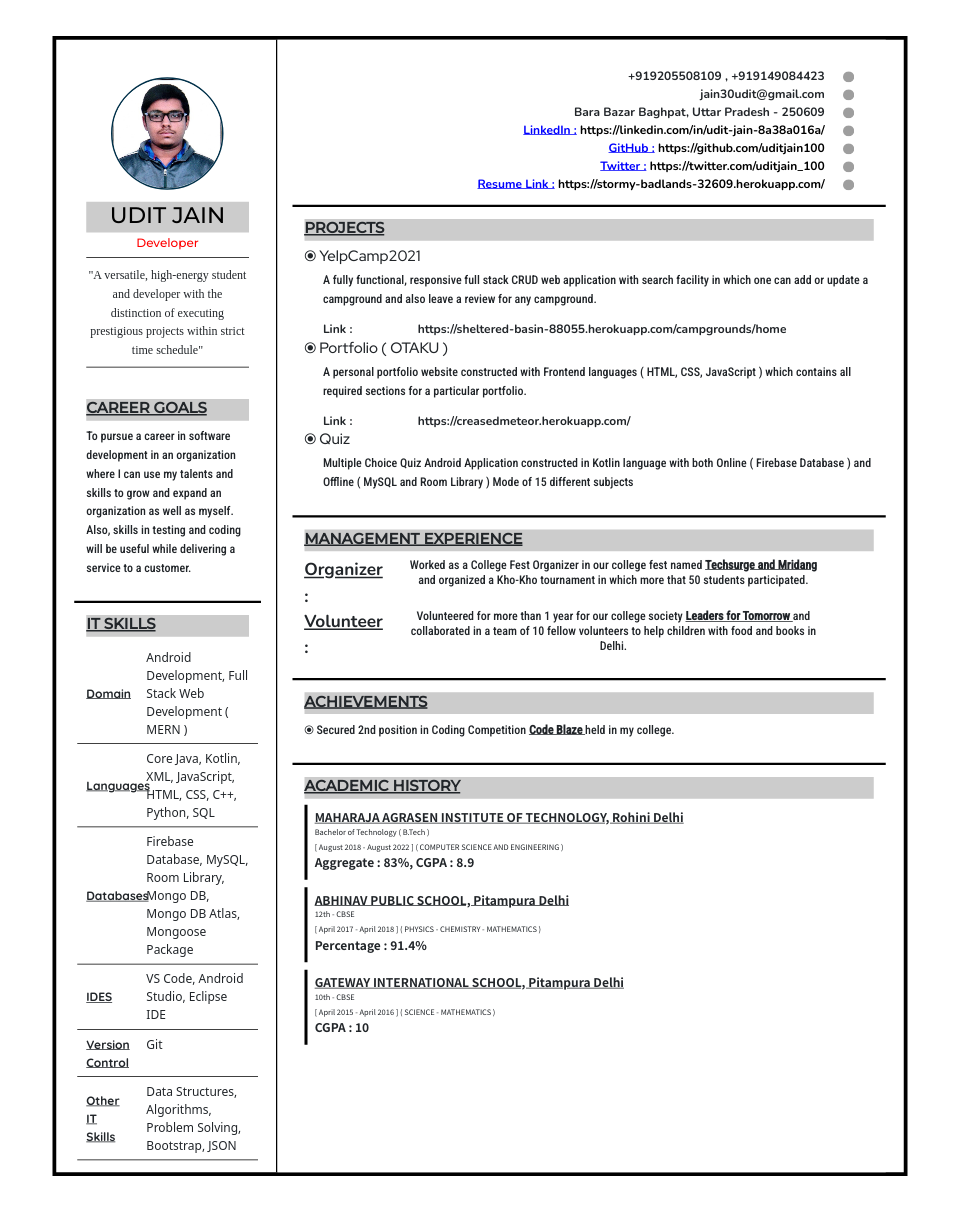
Repository: uditjain100/Resume
Page: app.html
An editor plug-in stored every save of this project. The page is shown before and after the next save, followed by the edit.
The browser window is 1280 px wide. The pictures show the whole page, at 75% of full size.
Pictures or frames that could not be fetched are drawn as grey boxes. Some web fonts or font styles are not loaded; a fallback is used.

Above is the page before, as saved 2021-05-27 20:58:48.

After the next save:
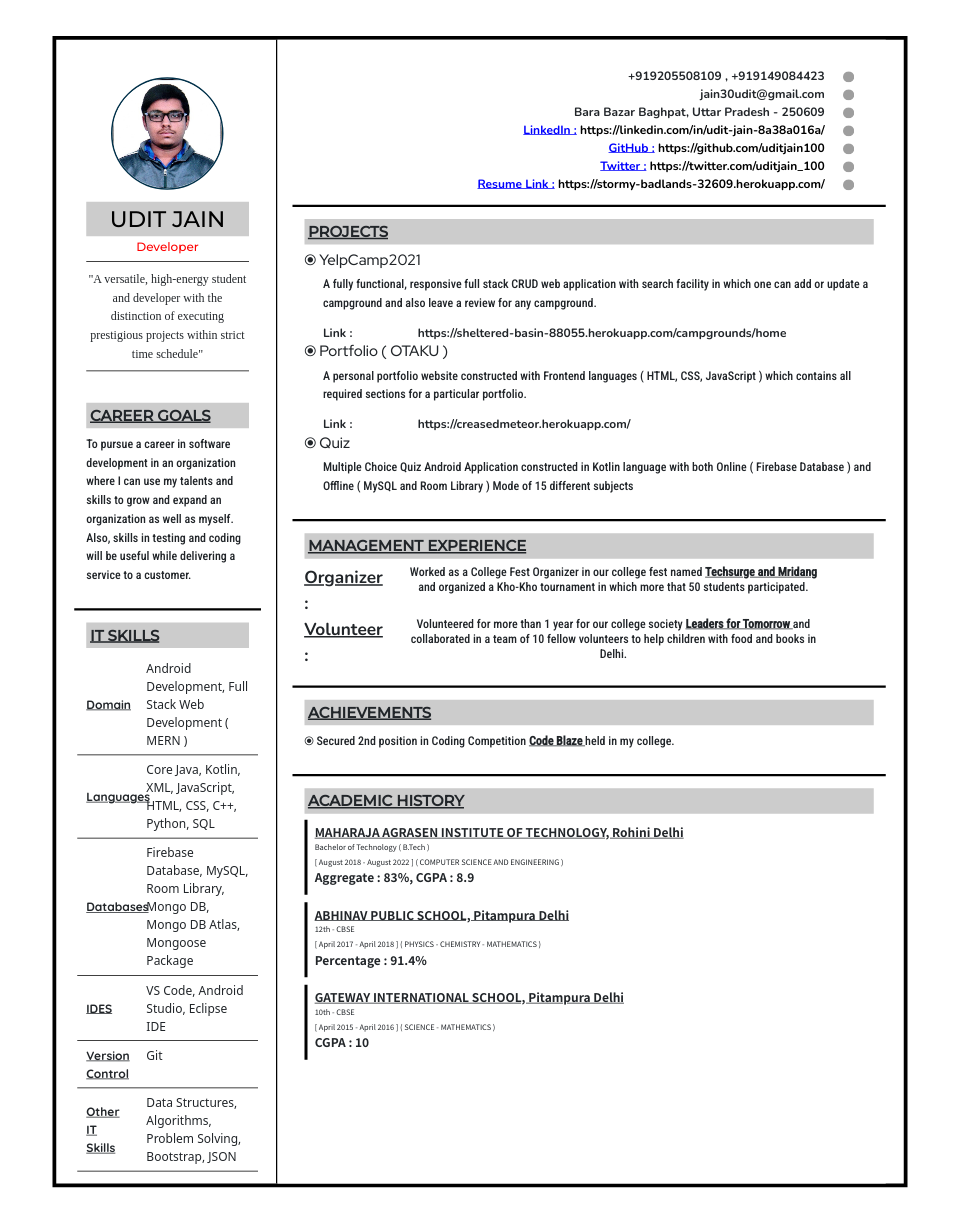
Saved 65 s later.
--- a/app.css
+++ b/app.css
@@ -32,7 +32,7 @@ article {
 	text-decoration: underline;
 	font-weight: 900;
 	font-size: 20px;
-	padding-bottom: 5px;
+	padding: 5px;
 	background-color: #ccc;
 }
 
